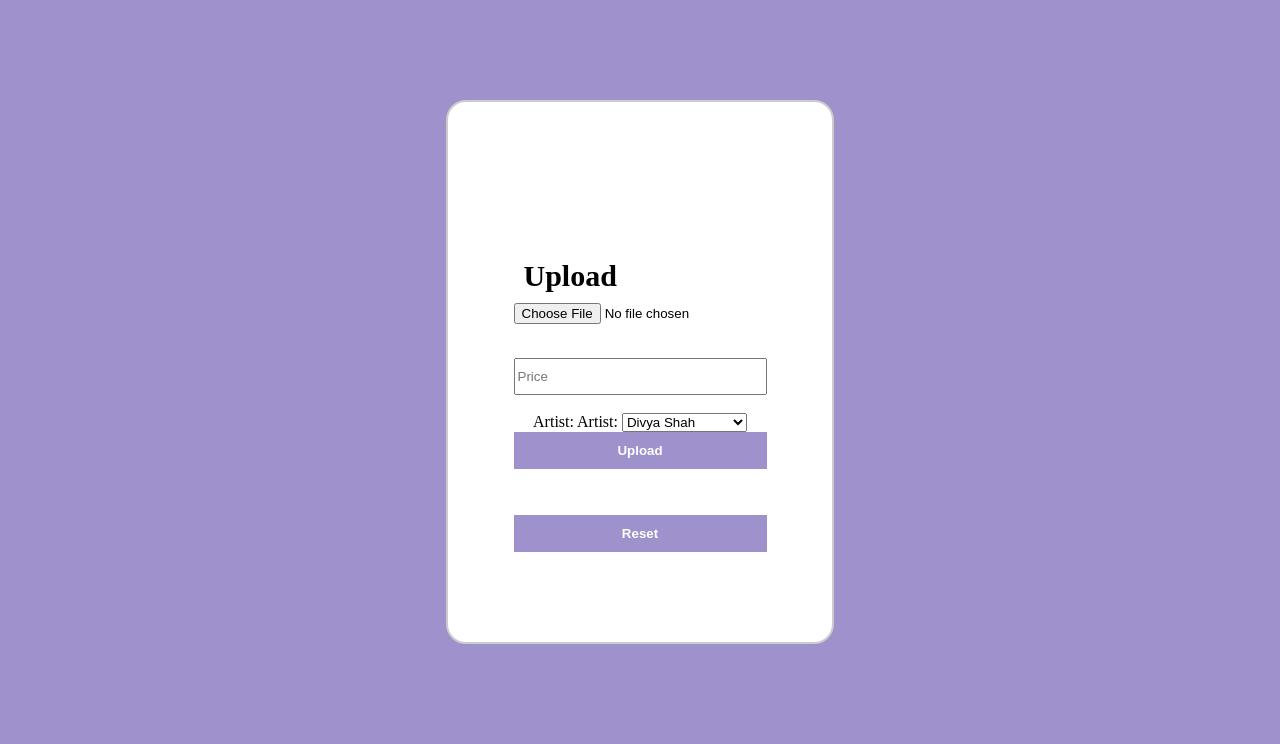
Repository: prathyushaa5/artgallery
Page: index/admin.html
These files come from the project's save history. The page is drawn as it stood at one moment and after the next save; the edit follows.
The browser window is 1280 px wide. The pictures show the whole page.

Above is the page before, as saved 2023-11-20 19:48:20.

### index/admin.html
<!DOCTYPE html>
<html lang="en">
<head>
    <meta charset="UTF-8">
    <meta name="viewport" content="width=device-width, initial-scale=1.0">
    <title>Document</title>
</head>
<style>
body{
    padding:0px;
    margin:0px;
    display:flex;
    justify-content:center;
    align-items:center;
    background-color:#9F91CC;
}
.upload{
    margin:10px;
    font-size:30px;
    font-weight:bolder;
    text-align:left;


}
.box{
    width:30%;
    height:75vh;
    border:2px solid #ccc;
    margin:100px;
    display:flex;
    flex-direction:column;
    justify-content:center;
    align-items:center;
    border-radius:20px;
    background-color:#ffffff;
    text-align:center;
}
input{
  height:15%;
  width:100%;
  box-sizing:border-box;
}

#button,#reset{
    color:#ffffff;
    background-color:#9F91CC;
    border:none;
    font-weight:bolder;
    display:block;
    width:100%;

}
#button:hover{
    opacity:0.5;
}
a:hover{
    color:green;
}
#reset{
    margin-top:10px;
}
#reset:hover{
    opacity:0.5;
}

</style>
<body>
    <div class="box">
        <form method="post" >
        <div class="upload">Upload</div>
        <input type="file" name="image" id="image" placeholder="Image" size="30" ><br><br>
        <input type="number" name="price" id="price" placeholder="Price"><br><br>
        <span>Artist:</span>
        <label for="artist">Artist:</label>
        <select name="name" id="name">
            <option value="Divya Shah">Divya Shah</option>
            <option value="Alex Glen">Alex Glen</option>
            <option value="Tharun Verma">Tharun Verma</option>
            <option value="Mark Thomas">Mark Thomas</option>
            <option value="Susanne Charles">Susanne Charles</option>
            <option value="John Mathews">John Mathews</option>
        </select>
        <input type="button"onclick="uploadImage();" id="button" value="Upload"><br><br>
        <input type ="reset" id="reset">
        <p id="message"></p>
        <script>
            function uploadImage(){
                if(document.getElementById("image").value&& document.getElementById("price").value){
                document.getElementById('message').innerHTML="Upload Successful"
                document.getElementById("image").value="" ;
                document.getElementById("price").value="";
                document.getElementById("message").style.color="Red";
            }
            else{
                document.getElementById('message').innerHTML="Fill in all the entries"
                document.getElementById("message").style.color="Red";
            }}
        </script>
</body>
</html>

After the next save:
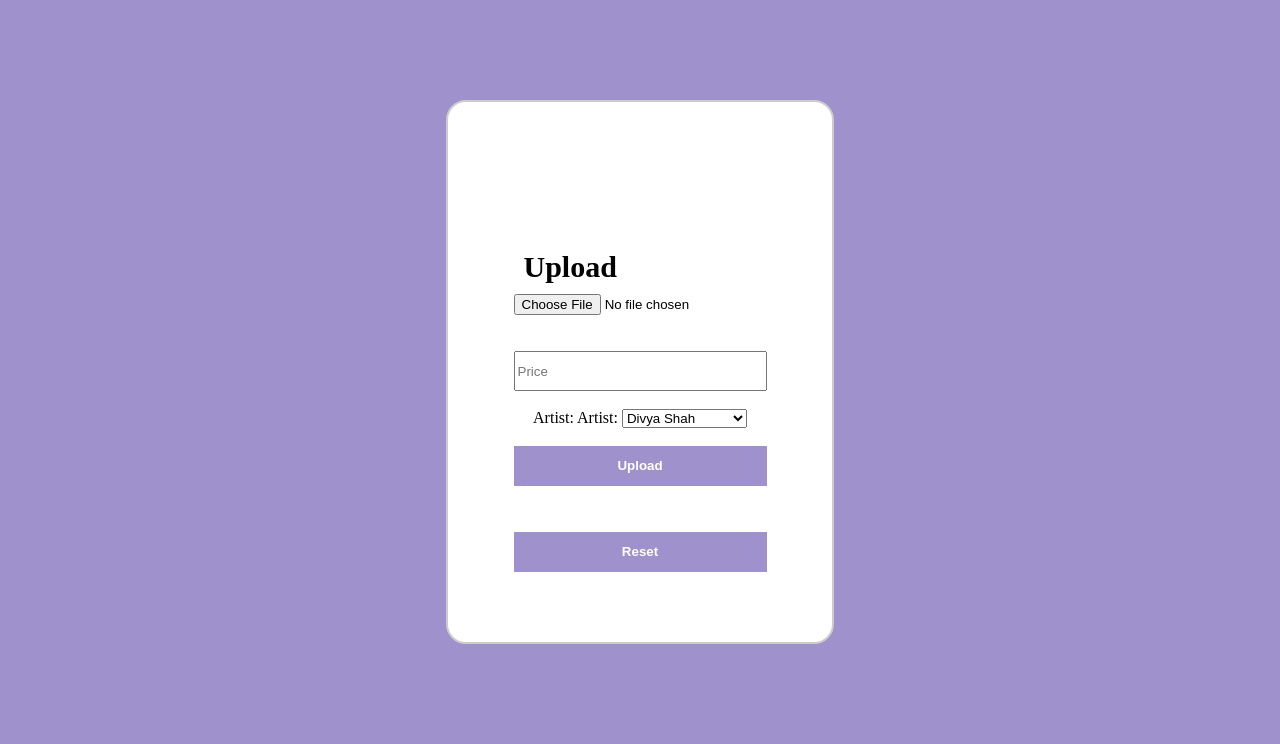
Saved 18 s later.
--- a/index/admin.html
+++ b/index/admin.html
@@ -79,7 +79,7 @@ a:hover{
             <option value="Mark Thomas">Mark Thomas</option>
             <option value="Susanne Charles">Susanne Charles</option>
             <option value="John Mathews">John Mathews</option>
-        </select>
+        </select><br><br>
         <input type="button"onclick="uploadImage();" id="button" value="Upload"><br><br>
         <input type ="reset" id="reset">
         <p id="message"></p>
